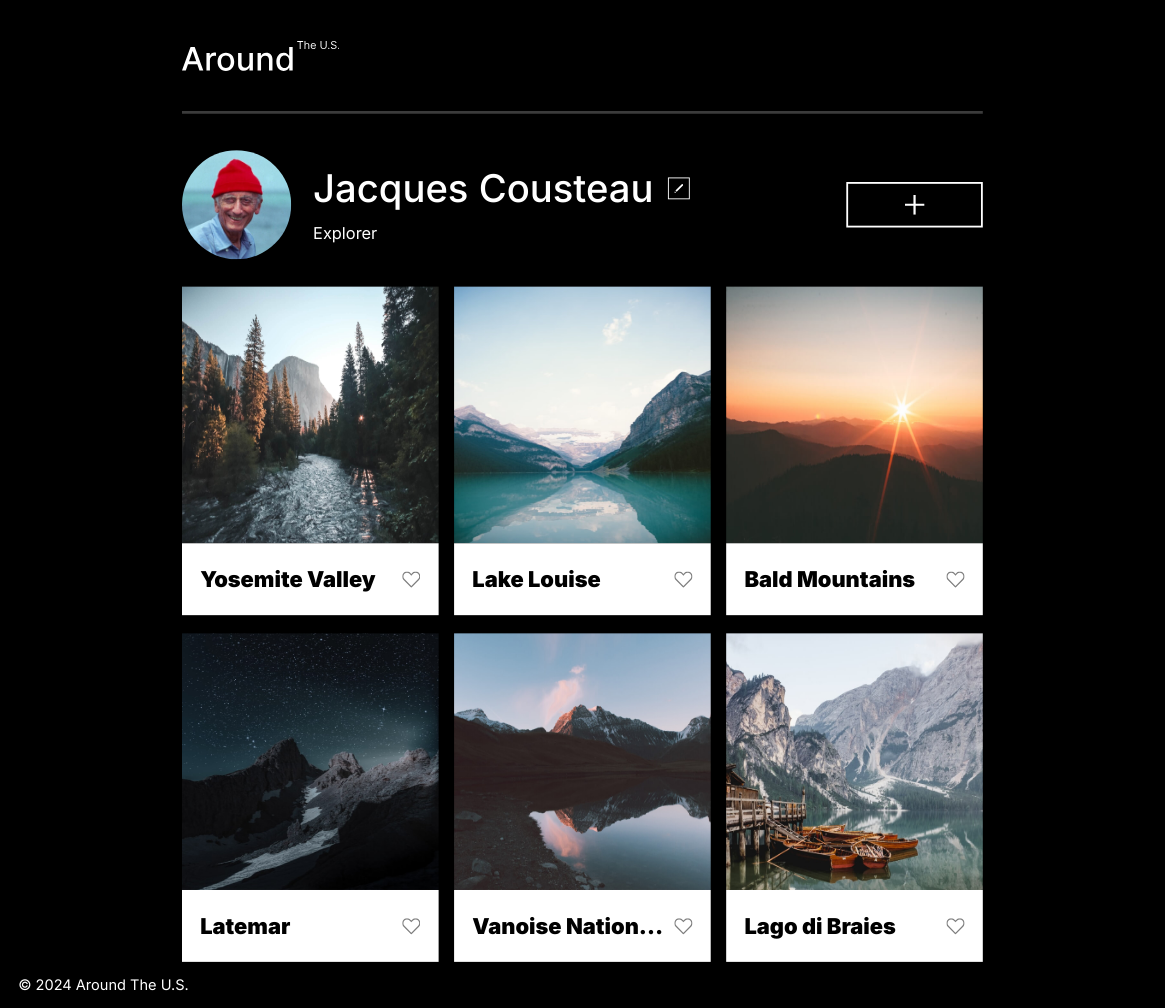
Repository: luisbaezx/se_project_aroundtheus
Page: index.html
An editor plug-in stored every save of this project. The page is shown before and after the next save, followed by the edit.
The browser window is 1280 px wide. The pictures show the whole page, at 91% of full size.

Above is the page before, as saved 2024-05-28 06:59:19.

### index.html
<!DOCTYPE html>
<html lang="en">
  <head>
    <meta charset="UTF-8" />
    <meta name="viewport" content="width=device-width, user-scalable=no,
    initial-scale=1/>
    <meta content="ie=edge" http-equiv="X-UA-Compatible" />
    <title>Around The U.S</title>
    <link href="./pages/index.css" rel="stylesheet" />
  </head>
  <body class="page">
    <div class="page__content">
      <header class="header page__section">
        <img
          src="./images/logo.svg"
          alt="Around the U.S. Logo"
          class="header__image"
        />
      </header>
      <main class="content">
        <section class="profile page__section">
          <img
            src="./images/jacques-cousteau.jpg"
            alt="Avatar"
            class="profile__image"
          />
          <div class="profile__info">
            <h1 class="profile__title">Jacques Cousteau</h1>
            <button class="profile__edit-button"></button>
            <p class="profile__description">Explorer</p>
          </div>
          <button class="profile__add-button"></button>
        </section>
        <section class="cards page__section">
          <ul class="card__list">
            <li class="card">
              <img src="./images/yosemite.jpg" class="card__image" />
              <div class="card__description">
                <h2 class="card__title">Yosemite Valley</h2>
                <button class="card__like-button"></button>
              </div>
            </li>
            <li class="card">
              <img src="./images/lake-louise.jpg" class="card__image" />
              <div class="card__description">
                <h2 class="card__title">Lake Louise</h2>
                <button class="card__like-button"></button>
              </div>
            </li>
            <li class="card">
              <img src="./images/bald-mountains.jpg" class="card__image" />
              <div class="card__description">
                <h2 class="card__title">Bald Mountains</h2>
                <button class="card__like-button"></button>
              </div>
            </li>
            <li class="card">
              <img src="./images/latemar.jpg" class="card__image" />
              <div class="card__description">
                <h2 class="card__title">Latemar</h2>
                <button class="card__like-button"></button>
              </div>
            </li>
            <li class="card">
              <img src="./images/vanoise.jpg" class="card__image" />
              <div class="card__description">
                <h2 class="card__title">Vanoise National Park</h2>
                <button class="card__like-button"></button>
              </div>
            </li>
            <li class="card">
              <img src="./images/lago.jpg" class="card__image" />
              <div class="card__description">
                <h2 class="card__title">Lago di Braies</h2>
                <button class="card__like-button"></button>
              </div>
            </li>
          </ul>
        </section>
      </main>
      <p class="footer__copyright">&copy; 2024 Around The U.S.</p>
      </footer>
    </div>
  </body>
</html>

### pages/index.css
@import url("../vendor/normalize.css");
@import url("../vendor/fonts.css");
@import url("../blocks/page.css");

### blocks/page.css
.page {
  font-family: Inter, Arial, Helvetica, sans-serif;
  background-color: black;
  color: white;
}

.page__section {
  max-width: 880px;
  width: 100%;
  position: relative;
  margin: 0 auto;
}

.page__content {
  display: flex;
  flex-direction: column;
  min-height: 100vh;
  padding: 0 20px;
}

.header {
  margin-top: 45px;
  border-bottom: solid rgba(84, 84, 84, 0.7);
  padding-bottom: 41px;
}

.header__image {
  width: 173px;
  height: 33px;
  transition: opacity 0.3s ease;
}

.header__image:hover {
}

.profile {
  display: flex;
  align-items: center;
  padding-top: 40px;
  min-width: 282px;
}

.profile__info {
  display: grid;
  grid-template-areas:
    "title button"
    "description description";
  grid-template-columns: minmax(auto, 375px) auto;
  margin-right: 12px;
  align-items: center;
  gap: 15px;
}

.profile__edit-button {
  background: transparent url(../images/edit-icon.svg) center no-repeat;
  height: 24px;
  width: 24px;
  grid-area: button;
  border: 1px white solid;
}

.profile__edit-button:hover {
  opacity: 0.6;
}

.profile__add-button {
  background: transparent url(../images/add-icon.svg) center no-repeat;
  width: 150px;
  height: 50px;
  margin-left: auto;
  border: 2px white solid;
  transition: opacity 0.3s ease;
}

.profile__add-button:hover {
  opacity: 0.6;
}
.profile__title {
  font-size: 42px;
  line-height: 48px;
  font-weight: 500;
  grid-area: title;
  margin: 0;
  text-overflow: ellipsis;
  white-space: nowrap;
  min-width: 282px;
}

.profile__description {
  font-size: 18px;
  line-height: 22px;
  font-weight: 400;
  grid-area: description;
  margin: 0;
  text-overflow: ellipsis;
  white-space: nowrap;
  overflow: hidden;
  max-width: 370px;
}

.profile__image {
  height: 120px;
  width: 120px;
  border-radius: 50%;
  object-fit: cover;
  background-position: center;
  margin-right: 24px;
}

.cards {
  margin-top: 30px;
}

.card__list {
  display: grid;
  justify-content: center;
  grid-template-columns: repeat(auto-fit, 282px);
  grid-gap: 20px 17px;
  padding: 0;
  margin: 0;
}

.card {
  display: flex;
  flex-direction: column;
  list-style: none;
  border-radius: 10px;
}

.card__image {
  width: 282px;
  height: 282px;
}

.card__title {
  max-width: 220px;
  font-size: 24px;
  font-weight: 900;
  line-height: 29px;
  text-overflow: ellipsis;
  white-space: nowrap;
  overflow: hidden;
  margin: 0;
}

.card__description {
  display: flex;
  background-color: white;
  color: black;
  padding-top: 25px;
  padding-bottom: 25px;
  padding-left: 20px;
  padding-right: 20px;
  align-items: center;
  justify-content: space-between;
}

.card__like-button {
  background: transparent url(../images/like-inactive.svg) center no-repeat;
  width: 21px;
  height: 18px;
  border: none;
  transition: opacity 0.3s ease;
}

.card__like-button:hover {
  opacity: 0.5;
}

@media screen and (max-width: 480px) {
  .profile {
    flex-direction: column;
  }

  .profile__info {
    display: flex;
    flex-wrap: wrap;
    justify-content: center;
    width: 100%;
  }

  .profile__description {
    width: 100%;
    text-align: center;
  }

  .profile__add-button {
    margin: 0;
    width: 100%;
  }
}

Loaded but not shown: vendor/normalize.css (library); vendor/fonts.css (common file)

After the next save:
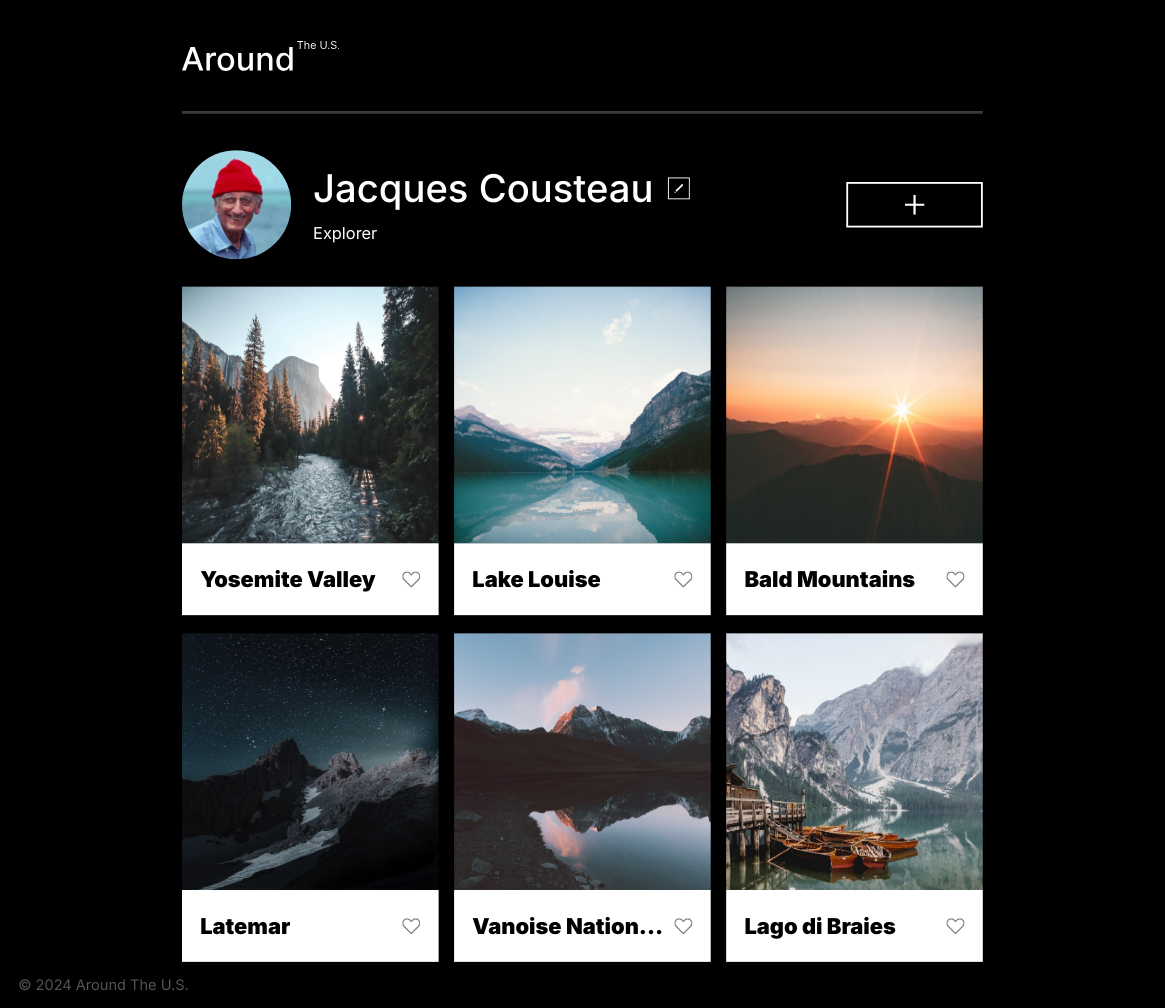
Saved 72 s later.
--- a/blocks/page.css
+++ b/blocks/page.css
@@ -167,6 +167,10 @@
   opacity: 0.5;
 }
 
+.footer__copyright {
+  color: #545454;
+}
+
 @media screen and (max-width: 480px) {
   .profile {
     flex-direction: column;
